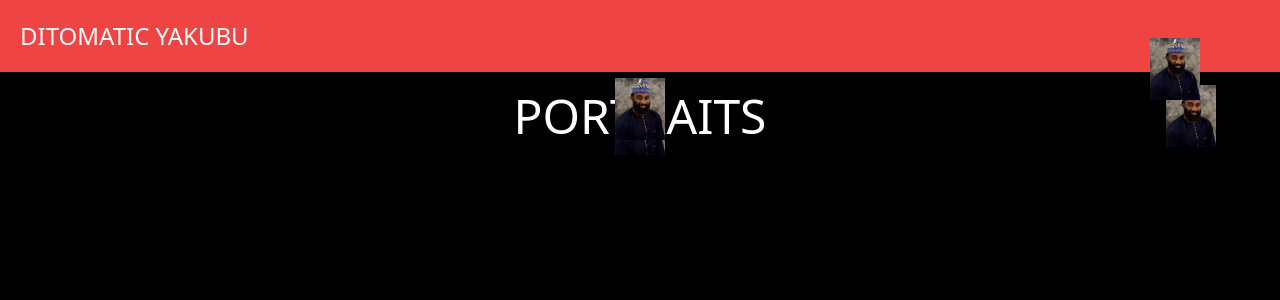
Repository: latenightsnacc/Ditomatic-Demo
Page: home.html
These files come from the project's save history. The page is drawn as it stood at one moment and after the next save; the edit follows.
The browser window is 1280 px wide. The pictures show the whole page.
Some web libraries are served in a nearby version.

Above is the page before, as saved 2021-02-24 11:26:29.

### home.html
<!DOCTYPE html>
<html lang="en" class="bg-black">
<head>
    <meta charset="UTF-8">
    <meta name="viewport" content="width=device-width, initial-scale=1.0">
    <!--Tailwind 2.0.2-->
    <link href="https://cdnjs.cloudflare.com/ajax/libs/tailwindcss/2.0.2/tailwind.min.css" rel="stylesheet">
    <!--Font Awesome 5.15.1-->
    <link rel="stylesheet" href="https://cdnjs.cloudflare.com/ajax/libs/font-awesome/5.15.1/css/all.min.css" integrity="sha512-+4zCK9k+qNFUR5X+cKL9EIR+ZOhtIloNl9GIKS57V1MyNsYpYcUrUeQc9vNfzsWfV28IaLL3i96P9sdNyeRssA==" crossorigin="anonymous" />
    <!-- Bootstrap 5.0.0 Beta-->
    <!-- <link href="https://cdn.jsdelivr.net/npm/bootstrap@5.0.0-beta1/dist/css/bootstrap.min.css" rel="stylesheet" integrity="sha384-giJF6kkoqNQ00vy+HMDP7azOuL0xtbfIcaT9wjKHr8RbDVddVHyTfAAsrekwKmP1" crossorigin="anonymous" /> -->
    <!--Page Title-->
    <title>Ditomatic Fotografy</title>
</head>
<body>
    <!--Header-->
    <header>
        <nav class="container-sm p-5 shadow-2xl bg-red-500 flex flex-row justify-between">
            <a href="home.html" class="text-white uppercase text-2xl">Ditomatic Yakubu</a>
            <ul></ul>
        </nav>
    </header>
    <!--End of Header-->
    <div class="my-5"></div>
    <section class="bg-black shadow-2xl">
        <div class="container relative">
            <div class="flex justify-center items-center h-full group">
                <h2 class="text-white uppercase text-underline text-center text-5xl group-hover:font-black">portraits</h2>
                <div class="absolute center-0 top-0">
                    <img src="images/malePortrait.jpg" width="50px">
                </div>
                <div class="absolute right-16 top-50">
                    <img src="images/malePortrait.jpg" width="50px">
                </div>
                <div class="absolute right-20 bottom-10">
                    <img src="images/malePortrait.jpg" width="50px">
                </div>

                <div class="absolute center-0 bottom-0">
                    <img src="images/malePortrait.jpg" width="50px">
                </div>

            </div>
        </div>
    </section>
</body>
</html>

After the next save:
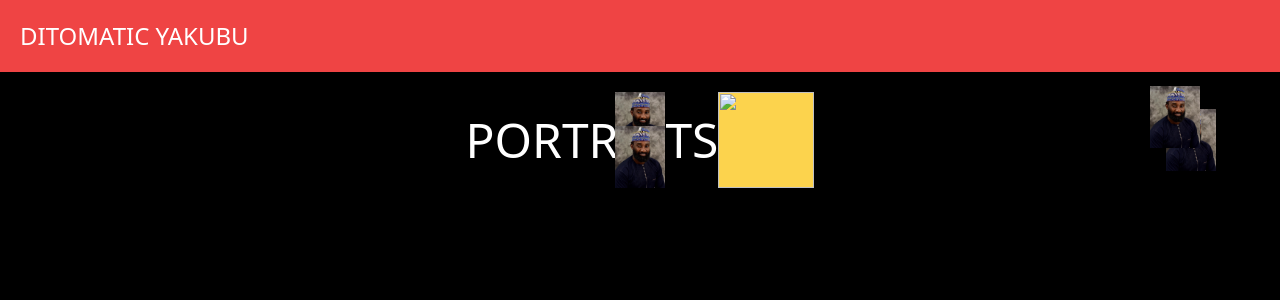
Not found: ...
Saved 54 s later.
--- a/home.html
+++ b/home.html
@@ -35,7 +35,7 @@
                 <div class="absolute right-20 bottom-10">
                     <img src="images/malePortrait.jpg" width="50px">
                 </div>
-
+                <img class="object-none object-right-top bg-yellow-300 w-24 h-24 ..." src="...">
                 <div class="absolute center-0 bottom-0">
                     <img src="images/malePortrait.jpg" width="50px">
                 </div>
